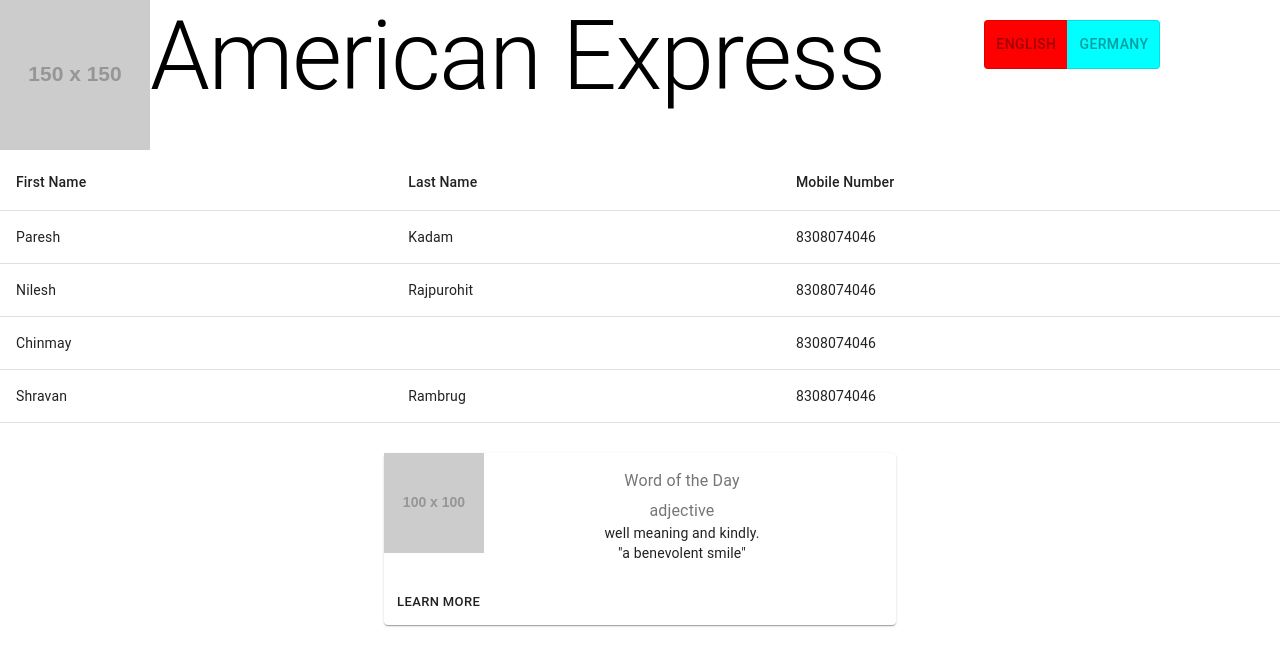
Repository: tavisca-pkadam/contentful-example
Page: /
The author's editor kept a copy of each file at every save. The page is drawn from the files as they stood at one save, then again after the next save.
The browser window is 1280 px wide. The pictures show the whole page.
The project was rebuilt for these pictures with package versions that can differ from the ones it lists, and the page was loaded fresh each time.

Above is the page before, as saved 2019-09-24 10:38:15.

### src/App.js
import React from 'react';
import logo from './logo.svg';
import './App.css';
import Header from './template/Header'
import Content from './template/Content'

function App() {
  return (
    <div className="App" >
     <Header/>
     <Content/>
    </div>
  );
}

export default App;

### src/template/Header.js
import React from 'react';
import { Grid, Typography } from '@material-ui/core';
import HeaderText from '../components/Header/HeaderText'
import Logo from '../components/Header/Logo'
import Locale from '../components/Header/Locale'

export default class Header extends React.PureComponent {
  render() {
    return (
        <div >
           <Logo/>
           <HeaderText/>
            <Locale/>
        </div>
    );
  }
}

### src/template/Content.js
import React from 'react';
import { Grid, Typography } from '@material-ui/core';
import NameList from '../components/Content/NameList'
import Banner from '../components/Content/Banner'


export default class Header extends React.PureComponent {
  render() {
    return (
        <div >
           <NameList/>
            <Banner/>
        </div>
    );
  }
}

### src/components/Header/HeaderText.js
import React from 'react';
import { Grid, Typography } from '@material-ui/core';

export default class HeaderText extends React.PureComponent {
  render() {
    return (
        <div style={{float:"left"}}>
          <Typography variant="h1" component="h2">
            American Express
        </Typography>
        </div>
    );
  }
}

### src/components/Header/Logo.js
import React from 'react';
import { Grid, Typography } from '@material-ui/core';

export default class HeaderText extends React.PureComponent {
  render() {
    return (
        <div style={{float:"left"}}>
          <img src="https://via.placeholder.com/150"/>
        </div>
    );
  }
}

### src/components/Header/Locale.js
import React from 'react';
import { Grid, Typography } from '@material-ui/core';
import ToggleButton from '@material-ui/lab/ToggleButton';
import ToggleButtonGroup from '@material-ui/lab/ToggleButtonGroup';

import List from '@material-ui/core/List';
import ListItem from '@material-ui/core/ListItem';
import ListItemIcon from '@material-ui/core/ListItemIcon';
import ListItemText from '@material-ui/core/ListItemText';

export default class Locale extends React.PureComponent {
  render() {
    return (
        <div style={{padding:"20px"}}>
           <ToggleButtonGroup
            // value={alignment}
            exclusive
            // onChange={handleAlignment}
            aria-label="text alignment"
          >
            <ToggleButton value="left" aria-label="left aligned" style={{backgroundColor:"red"}}>
              English
            </ToggleButton>
            <ToggleButton value="right" aria-label="centered" style={{backgroundColor:"aqua"}}>
              Germany
            </ToggleButton>

          </ToggleButtonGroup>
        </div>
    );
  }
}

### src/components/Content/NameList.js
import React from 'react';
import { Grid, Typography } from '@material-ui/core';
import Table from '@material-ui/core/Table';
import TableBody from '@material-ui/core/TableBody';
import TableCell from '@material-ui/core/TableCell';
import TableHead from '@material-ui/core/TableHead';
import TableRow from '@material-ui/core/TableRow';


export default class NameList extends React.PureComponent {
    render() {
      return (
          <div >
             <Table >
        <TableHead>
          <TableRow>
            <TableCell  align="left">First Name</TableCell>
            <TableCell align="left">Last Name</TableCell>
            <TableCell align="left">Mobile Number</TableCell>

          </TableRow>
        </TableHead>
        <TableBody>
          {/* {rows.map(row => (
            <TableRow key={row.name}>
              <TableCell component="th" scope="row">
                {row.name}
              </TableCell>
              <TableCell align="right">{row.calories}</TableCell>
              <TableCell align="right">{row.fat}</TableCell>
              <TableCell align="right">{row.carbs}</TableCell>
              <TableCell align="right">{row.protein}</TableCell>
            </TableRow>
          ))} */}
           <TableRow key="1">
              <TableCell align="left">Paresh</TableCell>
              <TableCell align="left">Kadam</TableCell>
              <TableCell align="left">8308074046</TableCell>
            </TableRow>
           <TableRow key="2">
              <TableCell align="left">Nilesh</TableCell>
              <TableCell align="left">Rajpurohit</TableCell>
              <TableCell align="left">8308074046</TableCell>
            </TableRow>
           <TableRow key="3">
              <TableCell align="left">Chinmay</TableCell>
              <TableCell align="left"></TableCell>
              <TableCell align="left">8308074046</TableCell>
            </TableRow>
           <TableRow key="4">
              <TableCell align="left">Shravan</TableCell>
              <TableCell align="left">Rambrug</TableCell>
              <TableCell align="left">8308074046</TableCell>
            </TableRow>
        </TableBody>
      </Table>
          </div>
      );
    }
  }

### src/components/Content/Banner.js
import Paper from '@material-ui/core/Paper';
import React from 'react';
import Card from '@material-ui/core/Card';
import CardActions from '@material-ui/core/CardActions';
import CardContent from '@material-ui/core/CardContent';
import Button from '@material-ui/core/Button';
import Typography from '@material-ui/core/Typography';

export default class Banner extends React.PureComponent {
  render() {
    return (
        <div >
            <center>

         <Paper style={{width:"40%", marginTop:"30px"}}>
         <img src="https://via.placeholder.com/100" style={{float:"left"}}/>

      <CardContent>
        <Typography color="textSecondary" gutterBottom>
          Word of the Day
        </Typography>

        <Typography  color="textSecondary">
          adjective
        </Typography>
        <Typography variant="body2" component="p">
          well meaning and kindly.
          <br />
          {'"a benevolent smile"'}
        </Typography>
      </CardContent>
      <CardActions>
        <Button size="small">Learn More</Button>
      </CardActions>
         </Paper>
         </center>
        </div>
    );
  }
}

Loaded but not shown: public/index.html (common file); src/index.js (common file); src/index.css (common file); src/serviceWorker.js (common file); src/App.css (common file)

After the next save:
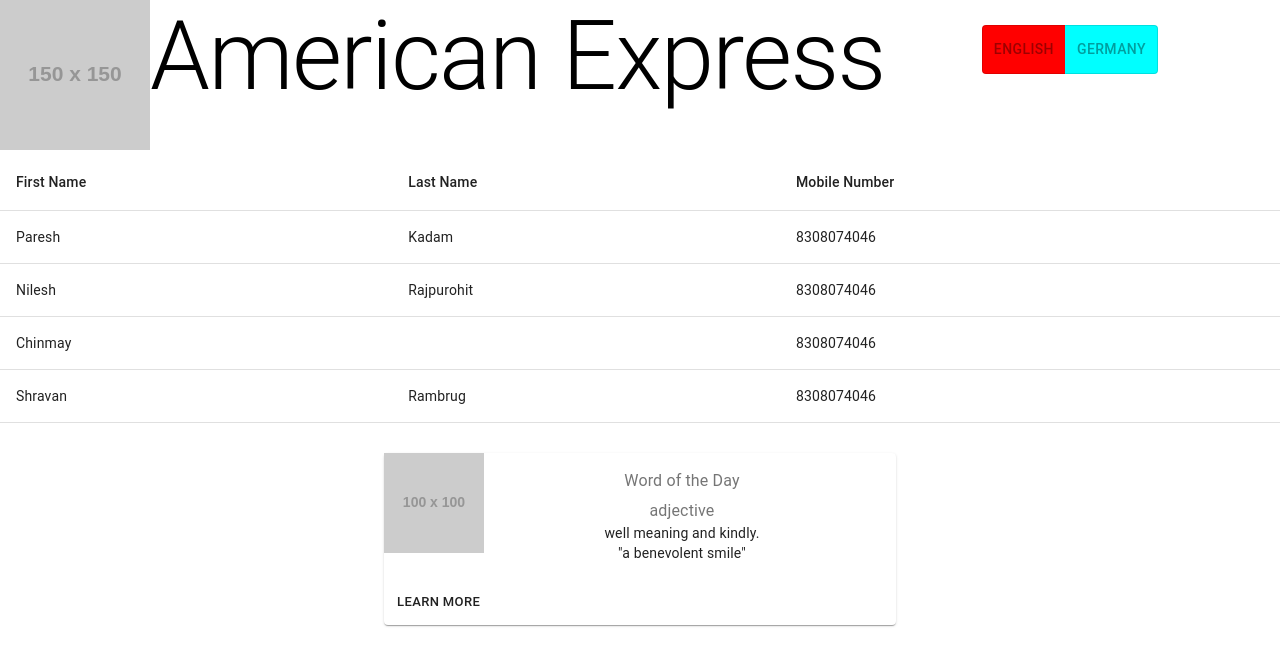
Saved 7 s later.
--- a/src/components/Header/Locale.js
+++ b/src/components/Header/Locale.js
@@ -11,7 +11,7 @@
 export default class Locale extends React.PureComponent {
   render() {
     return (
-        <div style={{padding:"20px"}}>
+        <div style={{padding:"25px"}}>
            <ToggleButtonGroup
             // value={alignment}
             exclusive
